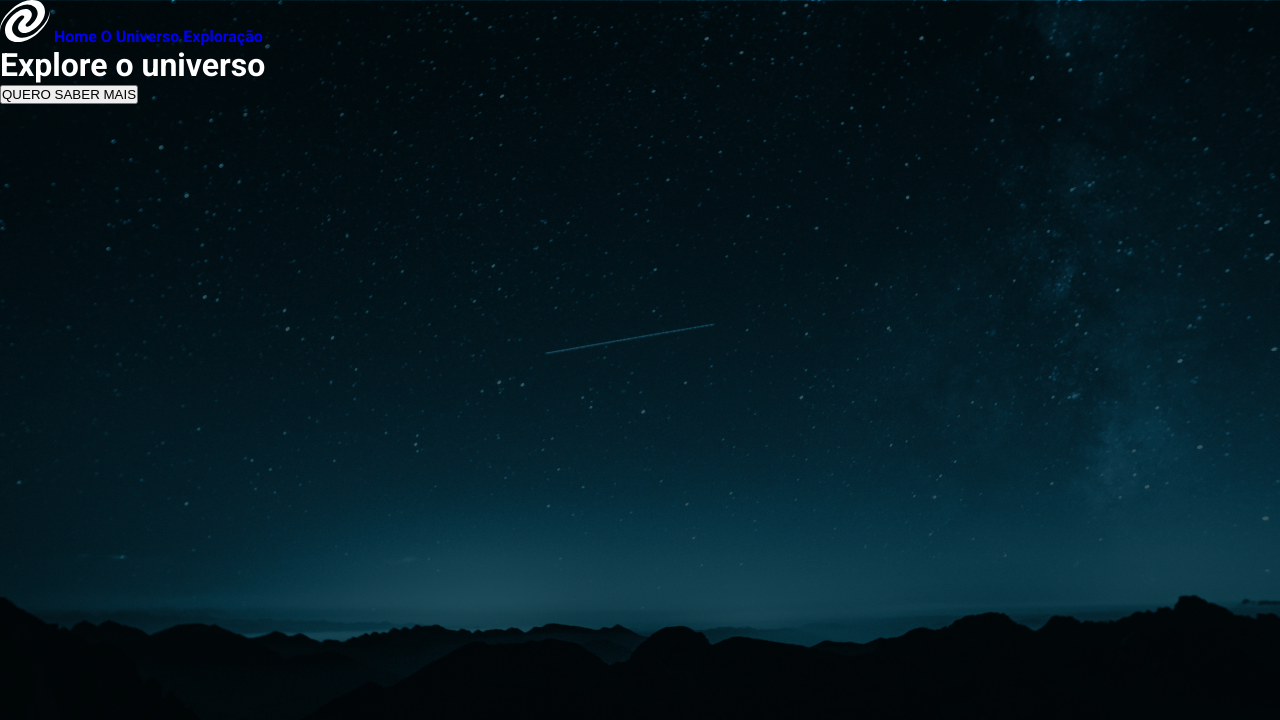
Repository: eltonneiferson/spaUniverse
Page: index.html
These files come from the project's save history. The page is drawn as it stood at one moment and after the next save; the edit follows.
The browser window is 1280 px wide. The pictures show the whole page.

Above is the page before, as saved 2022-10-26 22:06:14.

After the next save:
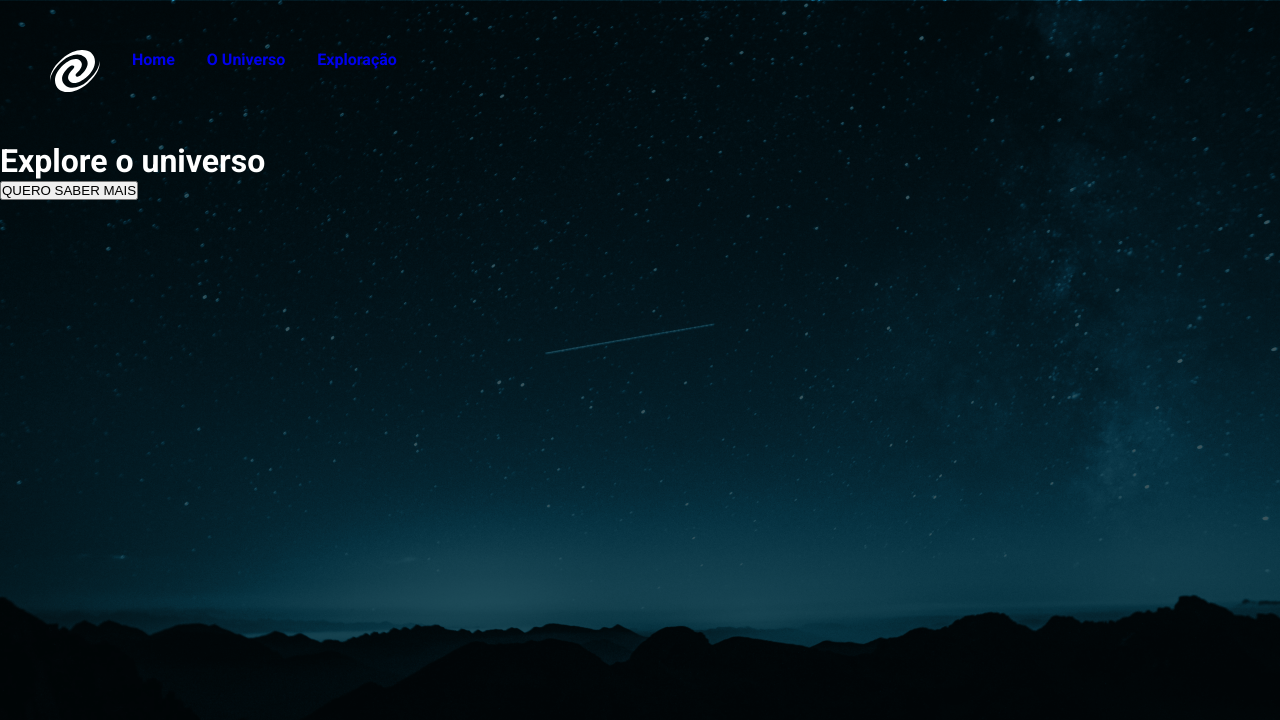
Saved 5 s later.
--- a/stylle.css
+++ b/stylle.css
@@ -20,7 +20,7 @@ body {
 }
 
 nav {
-    ]
+    padding: 50px;
     display: flex;
     gap: 2rem;
 }
